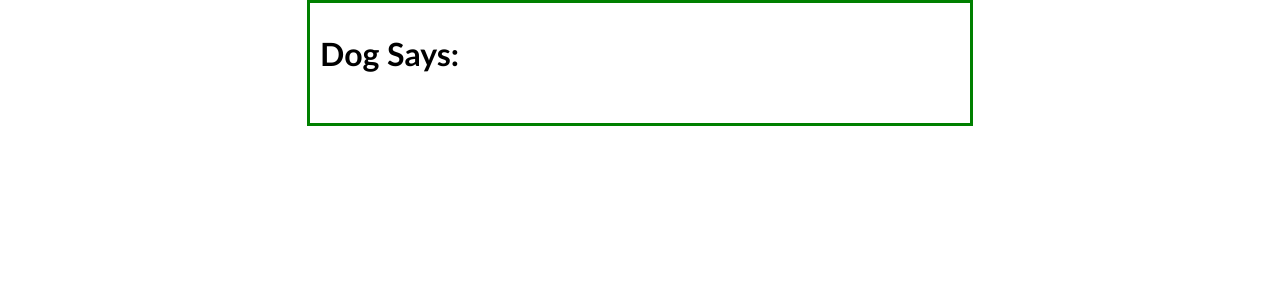
Repository: alexmaddux99/Lab7
Page: index.html
The author's editor kept a copy of each file at every save. The page is drawn from the files as they stood at one save, then again after the next save.
The browser window is 1280 px wide. The pictures show the whole page.
The page's requests for data from a server got no answer.

Above is the page before, as saved 2022-04-25 11:38:05.

### index.html
<!DOCTYPE html>
<html lang="en">
<head>
    <meta charset="UTF-8">
    <meta http-equiv="X-UA-Compatible" content="IE=edge">
    <meta name="viewport" content="width=device-width, initial-scale=1.0">
    <title>Lab 7</title>
    <link rel="stylesheet" href="css/main.css">
    <script src="js/main.js" defer></script>
</head>
<body>
    <h1>Dog Says:</h1>

    <div id="quote"></div>

    <img id="dog" src="" alt="">

</body>
</html>

### css/main.css
h1{
    font-family: 'Gill Sans', 'Gill Sans MT', Calibri, 'Trebuchet MS', sans-serif;
}

p{
    font-family: 'Courier New', Courier, monospace;
}

body{
    margin: auto;
  width: 50%;
  border: 3px solid green;
  padding: 10px;
}

### js/main.js
fetch("https://techy-api.vercel.app/api/json")
.then((response) => {
    if (response.ok) {
      return response.json();
    } else {
      throw new Error("NETWORK RESPONSE ERROR");
    }
  })
  .then(data => {
    console.log(data);
    displayMessage(data, "#\quote")
  })

  function displayMessage(data, container){

      const holder = document.querySelector(container);

      const message = data.message;
      const display = document.createElement("p");
      display.innerHTML = message;
      holder.appendChild(display)

  }

fetch("https://dog.ceo/api/breeds/image/random")
.then((response) => {
    if (response.ok) {
      return response.json();
    } else {
      throw new Error("NETWORK RESPONSE ERROR");
    }
})
.then(data => {
    console.log(data);
    const dog = document.getElementById("dog")
    dog.src=data.message
  })

After the next save:
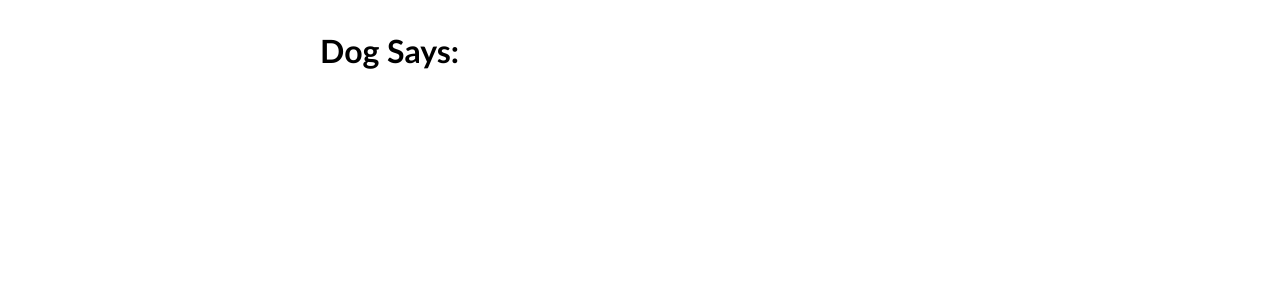
Saved 8 s later.
--- a/css/main.css
+++ b/css/main.css
@@ -9,6 +9,6 @@
 body{
     margin: auto;
   width: 50%;
-  border: 3px solid green;
+
   padding: 10px;
 }

After the save that followed:
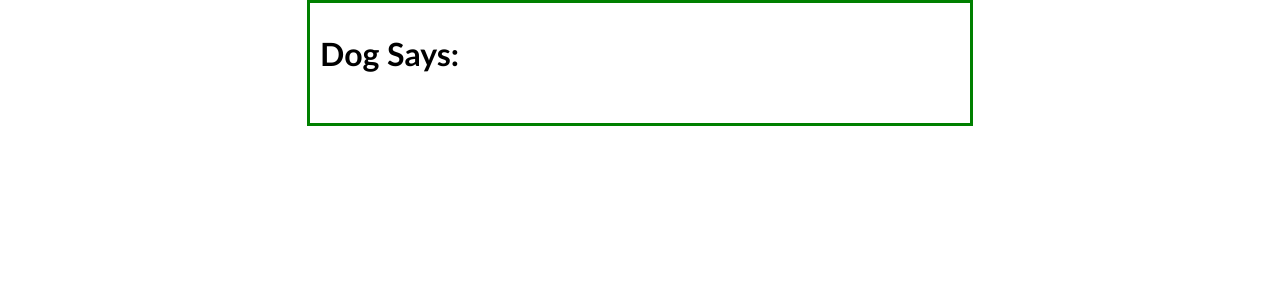
Saved 10 s later.
--- a/css/main.css
+++ b/css/main.css
@@ -9,6 +9,6 @@
 body{
     margin: auto;
   width: 50%;
-
+  border: 3px solid green;
   padding: 10px;
 }
